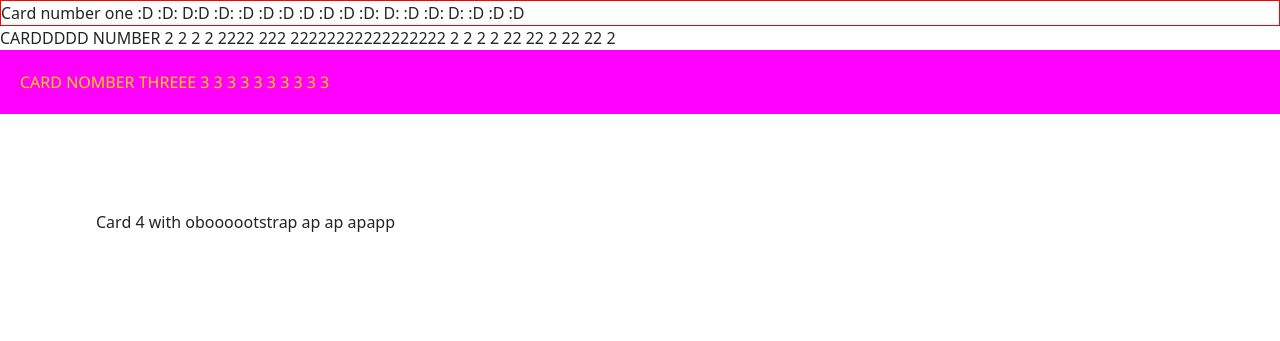
Repository: FbW-E01/spa-react-stylish-cards-gronger
Page: / (app in react-stuff/)
An editor plug-in stored every save of this project. The page is shown before and after a run of saves, followed by the edit.
The browser window is 1280 px wide. The pictures show the whole page.
The project was rebuilt for these pictures with package versions that can differ from the ones it lists, and the page was loaded fresh each time.

Above is the page before, as saved 2021-07-14 13:56:59.

After the next 2 saves:
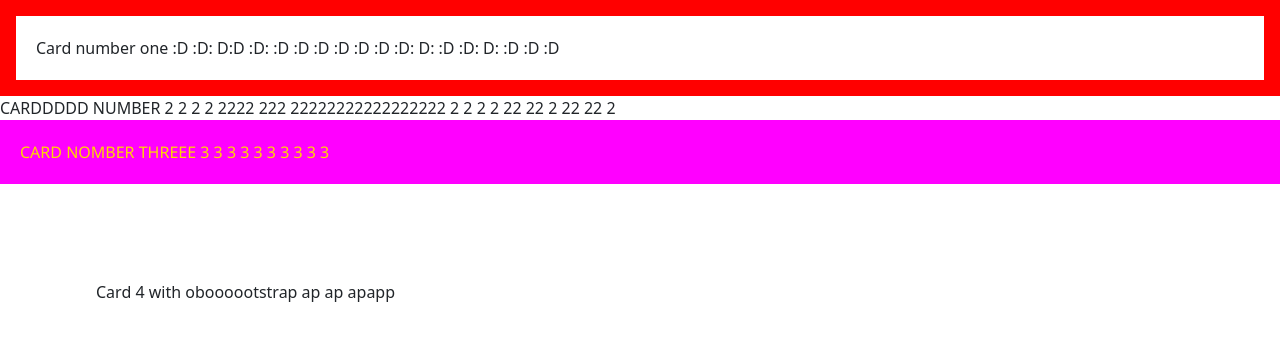
The 2 saves are shown as one change because 1 did not build or start.
The last was saved 33 s later.
--- a/react-stuff/src/index.js
+++ b/react-stuff/src/index.js
@@ -6,7 +6,8 @@ import 'bootstrap/dist/css/bootstrap.min.css';
 
 function CardOneInline() {
   const divStyle = {
-    border: '1px solid red',
+    border: '16px solid red',
+    padding: '20px',
   }
 
   return <div style={divStyle}>
